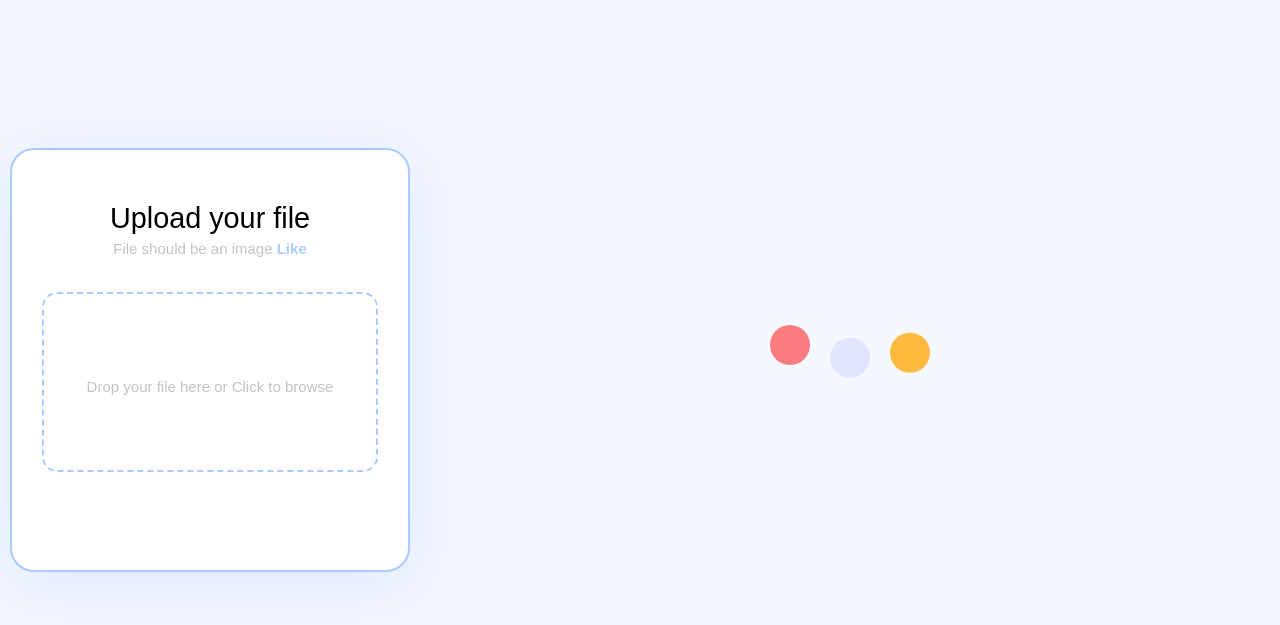
Repository: ThuongDuy/Phan_loai_anh
Page: hcsdlpt/index.html
The author's editor kept a copy of each file at every save. The page is drawn from the files as they stood at one save, then again after the next save.
The browser window is 1280 px wide. The pictures show the whole page.

Above is the page before, as saved 2023-06-01 17:02:54.

### hcsdlpt/index.html
<!DOCTYPE html>
<html lang="en">

<head>
    <meta charset="UTF-8">
    <meta http-equiv="X-UA-Compatible" content="IE=edge">
    <meta name="viewport" content="width=device-width, initial-scale=1.0">
    <title>Document</title>
    <link rel="stylesheet" href="./main.css">
</head>

<body>
    <!-- Upload Area -->
    <div id="uploadArea" class="upload-area">
        <!-- Header -->
        <div class="upload-area__header">
            <h1 class="upload-area__title">Upload your file</h1>
            <p class="upload-area__paragraph">
                File should be an image
                <strong class="upload-area__tooltip">
                    Like
                    <span class="upload-area__tooltip-data"></span> <!-- Data Will be Comes From Js -->
                </strong>
            </p>
        </div>
        <!-- End Header -->

        <!-- Drop Zoon -->
        <div id="dropZoon" class="upload-area__drop-zoon drop-zoon">
            <span class="drop-zoon__icon">
                <i class='bx bxs-file-image'></i>
            </span>
            <p class="drop-zoon__paragraph">Drop your file here or Click to browse</p>
            <span id="loadingText" class="drop-zoon__loading-text">Please Wait</span>
            <img src="" alt="Preview Image" id="previewImage" class="drop-zoon__preview-image" draggable="false">
            <input type="file" id="fileInput" class="drop-zoon__file-input" accept="image/*">
        </div>
        <!-- End Drop Zoon -->

        <!-- File Details -->
        <div id="fileDetails" class="upload-area__file-details file-details">
            <h3 class="file-details__title">Uploaded File</h3>

            <div id="uploadedFile" class="uploaded-file">
                <div class="uploaded-file__icon-container">
                    <i class='bx bxs-file-blank uploaded-file__icon'></i>
                    <span class="uploaded-file__icon-text"></span> <!-- Data Will be Comes From Js -->
                </div>

                <div id="uploadedFileInfo" class="uploaded-file__info">
                    <span class="uploaded-file__name">Proejct 1</span>
                    <span class="uploaded-file__counter">0%</span>
                </div>
            </div>

            <button id="btnSubmit">test</button>
        </div>
        <!-- End File Details -->
    </div>
    <!-- End Upload Area -->

    <!-- loading -->
    <div class="loader" id="loader">
        <span class="dot"></span>
        <span class="dot"></span>
        <span class="dot"></span>
    </div>
    <!-- loading -->

    <script src="https://cdnjs.cloudflare.com/ajax/libs/jquery/3.7.0/jquery.min.js"
        integrity="sha512-3gJwYpMe3QewGELv8k/BX9vcqhryRdzRMxVfq6ngyWXwo03GFEzjsUm8Q7RZcHPHksttq7/GFoxjCVUjkjvPdw=="
        crossorigin="anonymous" referrerpolicy="no-referrer"></script>
    <script src="./scripts.js"></script>
</body>

</html>

### hcsdlpt/main.css
/* General Styles */

* {
    box-sizing: border-box;
}

:root {
    --clr-white: rgb(255, 255, 255);
    --clr-black: rgb(0, 0, 0);
    --clr-light: rgb(245, 248, 255);
    --clr-light-gray: rgb(196, 195, 196);
    --clr-blue: rgb(63, 134, 255);
    --clr-light-blue: rgb(171, 202, 255);
}

body {
    margin: 0;
    padding: 0;
    background-color: var(--clr-light);
    color: var(--clr-black);
    font-family: 'Poppins', sans-serif;
    font-size: 1.125rem;
    min-height: 100vh;
    display: flex;
    justify-content: center;
    align-items: center;
}

/* End General Styles */

/* Upload Area */
.upload-area {
    width: 100%;
    max-width: 25rem;
    background-color: var(--clr-white);
    box-shadow: 0 10px 60px rgb(218, 229, 255);
    border: 2px solid var(--clr-light-blue);
    border-radius: 24px;
    padding: 2rem 1.875rem 5rem 1.875rem;
    margin: 0.625rem;
    text-align: center;
}

.upload-area--open {
    /* Slid Down Animation */
    animation: slidDown 500ms ease-in-out;
}

@keyframes slidDown {
    from {
        height: 28.125rem;
        /* 450px */
    }

    to {
        height: 35rem;
        /* 560px */
    }
}

/* Header */
.upload-area__header {}

.upload-area__title {
    font-size: 1.8rem;
    font-weight: 500;
    margin-bottom: 0.3125rem;
}

.upload-area__paragraph {
    font-size: 0.9375rem;
    color: var(--clr-light-gray);
    margin-top: 0;
}

.upload-area__tooltip {
    position: relative;
    color: var(--clr-light-blue);
    cursor: pointer;
    transition: color 300ms ease-in-out;
}

.upload-area__tooltip:hover {
    color: var(--clr-blue);
}

.upload-area__tooltip-data {
    position: absolute;
    top: 50%;
    left: 50%;
    transform: translate(-50%, -125%);
    min-width: max-content;
    background-color: var(--clr-white);
    color: var(--clr-blue);
    border: 1px solid var(--clr-light-blue);
    padding: 0.625rem 1.25rem;
    font-weight: 500;
    opacity: 0;
    visibility: hidden;
    transition: none 300ms ease-in-out;
    transition-property: opacity, visibility;
}

.upload-area__tooltip:hover .upload-area__tooltip-data {
    opacity: 1;
    visibility: visible;
}

/* Drop Zoon */
.upload-area__drop-zoon {
    position: relative;
    height: 11.25rem;
    /* 180px */
    display: flex;
    justify-content: center;
    align-items: center;
    flex-direction: column;
    border: 2px dashed var(--clr-light-blue);
    border-radius: 15px;
    margin-top: 2.1875rem;
    cursor: pointer;
    transition: border-color 300ms ease-in-out;
}

.upload-area__drop-zoon:hover {
    border-color: var(--clr-blue);
}

.drop-zoon__icon {
    display: flex;
    font-size: 3.75rem;
    color: var(--clr-blue);
    transition: opacity 300ms ease-in-out;
}

.drop-zoon__paragraph {
    font-size: 0.9375rem;
    color: var(--clr-light-gray);
    margin: 0;
    margin-top: 0.625rem;
    transition: opacity 300ms ease-in-out;
}

.drop-zoon:hover .drop-zoon__icon,
.drop-zoon:hover .drop-zoon__paragraph {
    opacity: 0.7;
}

.drop-zoon__loading-text {
    position: absolute;
    top: 50%;
    left: 50%;
    transform: translate(-50%, -50%);
    display: none;
    color: var(--clr-light-blue);
    z-index: 10;
}

.drop-zoon__preview-image {
    position: absolute;
    top: 0;
    left: 0;
    width: 100%;
    height: 100%;
    object-fit: contain;
    padding: 0.3125rem;
    border-radius: 10px;
    display: none;
    z-index: 1000;
    transition: opacity 300ms ease-in-out;
}

.drop-zoon:hover .drop-zoon__preview-image {
    opacity: 0.8;
}

.drop-zoon__file-input {
    display: none;
}

/* (drop-zoon--over) Modifier Class */
.drop-zoon--over {
    border-color: var(--clr-blue);
}

.drop-zoon--over .drop-zoon__icon,
.drop-zoon--over .drop-zoon__paragraph {
    opacity: 0.7;
}

/* (drop-zoon--over) Modifier Class */
.drop-zoon--Uploaded {}

.drop-zoon--Uploaded .drop-zoon__icon,
.drop-zoon--Uploaded .drop-zoon__paragraph {
    display: none;
}

/* File Details Area */
.upload-area__file-details {
    height: 0;
    visibility: hidden;
    opacity: 0;
    text-align: left;
    transition: none 500ms ease-in-out;
    transition-property: opacity, visibility;
    transition-delay: 500ms;
}

/* (duploaded-file--open) Modifier Class */
.file-details--open {
    height: auto;
    visibility: visible;
    opacity: 1;
}

.file-details__title {
    font-size: 1.125rem;
    font-weight: 500;
    color: var(--clr-light-gray);
}

/* Uploaded File */
.uploaded-file {
    display: flex;
    align-items: center;
    padding: 0.625rem 0;
    visibility: hidden;
    opacity: 0;
    transition: none 500ms ease-in-out;
    transition-property: visibility, opacity;
}

/* (duploaded-file--open) Modifier Class */
.uploaded-file--open {
    visibility: visible;
    opacity: 1;
}

.uploaded-file__icon-container {
    position: relative;
    margin-right: 0.3125rem;
}

.uploaded-file__icon {
    font-size: 3.4375rem;
    color: var(--clr-blue);
}

.uploaded-file__icon-text {
    position: absolute;
    top: 1.5625rem;
    left: 50%;
    transform: translateX(-50%);
    font-size: 0.9375rem;
    font-weight: 500;
    color: var(--clr-white);
}

.uploaded-file__info {
    position: relative;
    top: -0.3125rem;
    width: 100%;
    display: flex;
    justify-content: space-between;
}

.uploaded-file__info::before,
.uploaded-file__info::after {
    content: '';
    position: absolute;
    bottom: -0.9375rem;
    width: 0;
    height: 0.5rem;
    background-color: #ebf2ff;
    border-radius: 0.625rem;
}

.uploaded-file__info::before {
    width: 100%;
}

.uploaded-file__info::after {
    width: 100%;
    background-color: var(--clr-blue);
}

/* Progress Animation */
.uploaded-file__info--active::after {
    animation: progressMove 800ms ease-in-out;
    animation-delay: 300ms;
}

@keyframes progressMove {
    from {
        width: 0%;
        background-color: transparent;
    }

    to {
        width: 100%;
        background-color: var(--clr-blue);
    }
}

.uploaded-file__name {
    width: 100%;
    max-width: 6.25rem;
    /* 100px */
    display: inline-block;
    font-size: 1rem;
    white-space: nowrap;
    overflow: hidden;
    text-overflow: ellipsis;
}

.uploaded-file__counter {
    font-size: 1rem;
    color: var(--clr-light-gray);
}

.loader {
    width: 100%;
    height: 300px;
    display: flex;
    align-items: center;
    justify-content: center;
    gap: 20px;
}

.dot {
    height: 40px;
    width: 40px;
    border-radius: 50%;
}

.dot:nth-child(1) {
    background-color: red;
    animation: jump 0.6s 0.5s ease-in infinite
}

.dot:nth-child(2) {
    background-color: blue;
    animation: jump 0.6s 0.7s ease-in infinite
}

.dot:nth-child(3) {
    background-color: orange;
    animation: jump 0.6s 0.9s ease-in infinite
}


@keyframes jump {
    0% {
        transform: translate3D(0, 0, 0);
        opacity: 0;
    }

    50% {
        transform: translate3D(0, -15px, 0);
        opacity: 0.5;
    }

    100% {
        transform: translate3D(0, 0, 0);
        opacity: 1;
    }
}

### hcsdlpt/scripts.js
// Design By
// - https://dribbble.com/shots/13992184-File-Uploader-Drag-Drop

// Select Upload-Area
const uploadArea = document.querySelector('#uploadArea')

// Select Drop-Zoon Area
const dropZoon = document.querySelector('#dropZoon');

// Loading Text
const loadingText = document.querySelector('#loadingText');

// Slect File Input
const fileInput = document.querySelector('#fileInput');

// Select Preview Image
const previewImage = document.querySelector('#previewImage');

// File-Details Area
const fileDetails = document.querySelector('#fileDetails');

// Uploaded File
const uploadedFile = document.querySelector('#uploadedFile');

// Uploaded File Info
const uploadedFileInfo = document.querySelector('#uploadedFileInfo');

// Uploaded File  Name
const uploadedFileName = document.querySelector('.uploaded-file__name');

// Uploaded File Icon
const uploadedFileIconText = document.querySelector('.uploaded-file__icon-text');

// Uploaded File Counter
const uploadedFileCounter = document.querySelector('.uploaded-file__counter');

// ToolTip Data
const toolTipData = document.querySelector('.upload-area__tooltip-data');


// Images Types
const imagesTypes = [
    "jpeg",
    "png",
    "svg",
    "gif",
    "jpg"
];

// Append Images Types Array Inisde Tooltip Data
toolTipData.innerHTML = [...imagesTypes].join(', .');

// When (drop-zoon) has (dragover) Event
dropZoon.addEventListener('dragover', function (event) {
    // Prevent Default Behavior
    event.preventDefault();

    // Add Class (drop-zoon--over) On (drop-zoon)
    dropZoon.classList.add('drop-zoon--over');
});

// When (drop-zoon) has (dragleave) Event
dropZoon.addEventListener('dragleave', function (event) {
    // Remove Class (drop-zoon--over) from (drop-zoon)
    dropZoon.classList.remove('drop-zoon--over');
});

// When (drop-zoon) has (drop) Event
dropZoon.addEventListener('drop', function (event) {
    // Prevent Default Behavior
    event.preventDefault();

    // Remove Class (drop-zoon--over) from (drop-zoon)
    dropZoon.classList.remove('drop-zoon--over');

    // Select The Dropped File
    const file = event.dataTransfer.files[0];

    // Call Function uploadFile(), And Send To Her The Dropped File :)
    uploadFile(file);
});

// When (drop-zoon) has (click) Event
dropZoon.addEventListener('click', function (event) {
    // Click The (fileInput)
    fileInput.click();
});

// When (fileInput) has (change) Event
fileInput.addEventListener('change', function (event) {
    // Select The Chosen File
    const file = event.target.files[0];

    // Call Function uploadFile(), And Send To Her The Chosen File :)
    uploadFile(file);
});

// Upload File Function
function uploadFile(file) {
    // FileReader()
    const fileReader = new FileReader();
    // File Type
    const fileType = file.type;
    // File Size
    const fileSize = file.size;

    // If File Is Passed from the (File Validation) Function
    if (fileValidate(fileType, fileSize)) {
        // Add Class (drop-zoon--Uploaded) on (drop-zoon)
        dropZoon.classList.add('drop-zoon--Uploaded');

        // Show Loading-text
        loadingText.style.display = "block";
        // Hide Preview Image
        previewImage.style.display = 'none';

        // Remove Class (uploaded-file--open) From (uploadedFile)
        uploadedFile.classList.remove('uploaded-file--open');
        // Remove Class (uploaded-file__info--active) from (uploadedFileInfo)
        uploadedFileInfo.classList.remove('uploaded-file__info--active');

        // After File Reader Loaded
        fileReader.addEventListener('load', function () {
            // After Half Second
            setTimeout(function () {
                // Add Class (upload-area--open) On (uploadArea)
                uploadArea.classList.add('upload-area--open');

                // Hide Loading-text (please-wait) Element
                loadingText.style.display = "none";
                // Show Preview Image
                previewImage.style.display = 'block';

                // Add Class (file-details--open) On (fileDetails)
                fileDetails.classList.add('file-details--open');
                // Add Class (uploaded-file--open) On (uploadedFile)
                uploadedFile.classList.add('uploaded-file--open');
                // Add Class (uploaded-file__info--active) On (uploadedFileInfo)
                uploadedFileInfo.classList.add('uploaded-file__info--active');
            }, 500); // 0.5s

            // Add The (fileReader) Result Inside (previewImage) Source
            previewImage.setAttribute('src', fileReader.result);

            // Add File Name Inside Uploaded File Name
            uploadedFileName.innerHTML = file.name;

            // Call Function progressMove();
            progressMove();
        });

        // Read (file) As Data Url
        fileReader.readAsDataURL(file);
    } else { // Else

        this; // (this) Represent The fileValidate(fileType, fileSize) Function

    };
};

// Progress Counter Increase Function
function progressMove() {
    // Counter Start
    let counter = 0;

    // After 600ms
    setTimeout(() => {
        // Every 100ms
        let counterIncrease = setInterval(() => {
            // If (counter) is equle 100
            if (counter === 100) {
                // Stop (Counter Increase)
                clearInterval(counterIncrease);
            } else { // Else
                // plus 10 on counter
                counter = counter + 10;
                // add (counter) vlaue inisde (uploadedFileCounter)
                uploadedFileCounter.innerHTML = `${counter}%`
            }
        }, 100);
    }, 600);
};


// Simple File Validate Function
function fileValidate(fileType, fileSize) {
    // File Type Validation
    let isImage = imagesTypes.filter((type) => fileType.indexOf(`image/${type}`) !== -1);

    // If The Uploaded File Type Is 'jpeg'
    if (isImage[0] === 'jpeg') {
        // Add Inisde (uploadedFileIconText) The (jpg) Value
        uploadedFileIconText.innerHTML = 'jpg';
    } else { // else
        // Add Inisde (uploadedFileIconText) The Uploaded File Type
        uploadedFileIconText.innerHTML = isImage[0];
    };

    // If The Uploaded File Is An Image
    if (isImage.length !== 0) {
        // Check, If File Size Is 2MB or Less
        if (fileSize <= 2000000) { // 2MB :)
            return true;
        } else { // Else File Size
            return alert('Please Your File Should be 2 Megabytes or Less');
        };
    } else { // Else File Type
        return alert('Please make sure to upload An Image File Type');
    };
};



// :)

$(document).ready(function () {
    $('#btnSubmit').on('click', function () {
        $('#uploadArea').hide();
        $('#loader').show();
    });
});

After the next save:
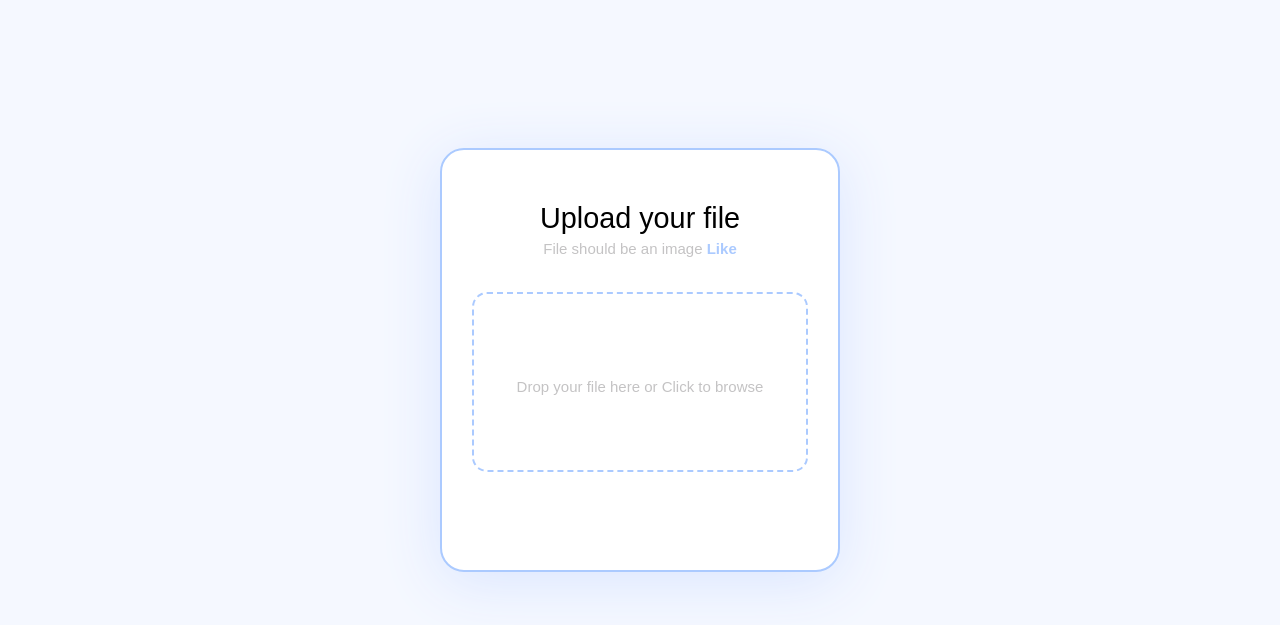
Saved 31 s later.
--- a/hcsdlpt/scripts.js
+++ b/hcsdlpt/scripts.js
@@ -214,6 +214,7 @@ function fileValidate(fileType, fileSize) {
 // :)
 
 $(document).ready(function () {
+    $('#loader').hide();
     $('#btnSubmit').on('click', function () {
         $('#uploadArea').hide();
         $('#loader').show();
